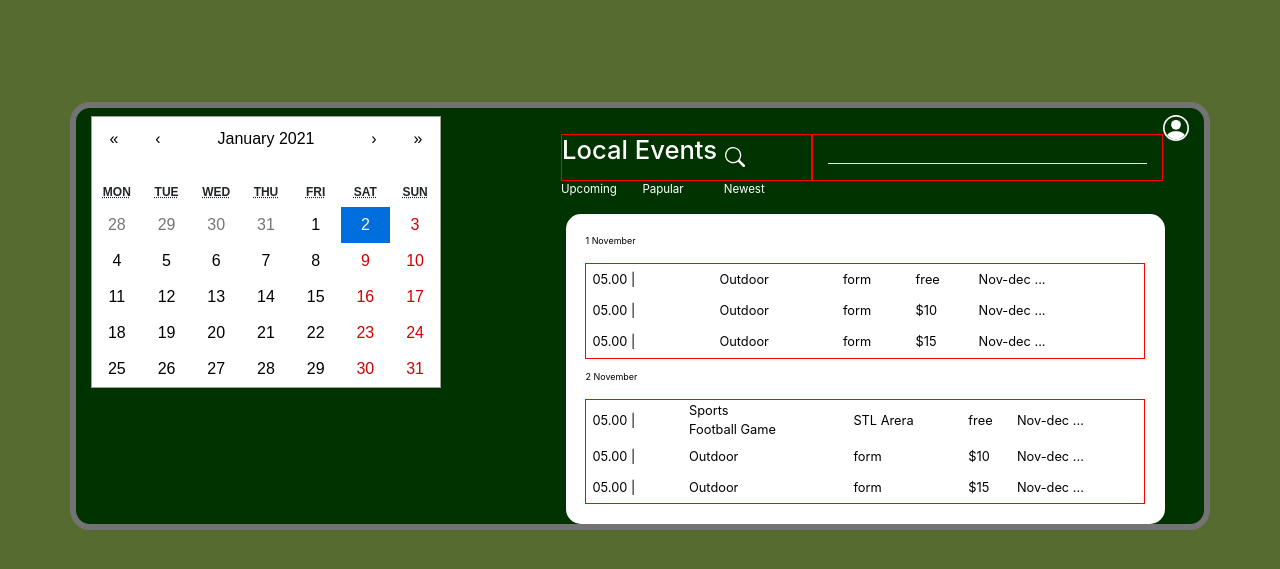
Repository: lalji-yadav/Calendar-code
Page: /
These files come from the project's save history. The page is drawn as it stood at one moment and after the next save; the edit follows.
The browser window is 1280 px wide. The pictures show the whole page.
The project was rebuilt for these pictures with package versions that can differ from the ones it lists, and the page was loaded fresh each time. Also part of the build but not shown: src/App.css.

Above is the page before, as saved 2021-01-04 11:20:41.

### src/App.js
import logo from './logo.svg';
import './App.css';
import MyApp from './calendar/calendar'
import Home from "./calendar/Home";

function App() {
  return (
    <div>
      <header>

        <Home />

      </header>
    </div>
  );
}

export default App;

### src/calendar/calendar.js
import React, { useState } from 'react';
import 'react-calendar/dist/Calendar.css';
import Calendar from 'react-calendar';

function MyApp() {
  const [value, onChange] = useState(new Date());

  return (
    <div>
      <Calendar
        onChange={onChange}
        value={value}
      />
    </div>
  );
}

export default MyApp;

### src/calendar/Home.js
import React from 'react';
import "./Home.css";
import MyApp from "./calendar";

function Home() {

  return (
    <div className="main">
      <div className='container'>
        <div className="row">
          <div className="col-sm-5 calendar">
             <MyApp />
          </div>
          <div className="col-sm-7">

            <div style={{float:"right", paddingTop:"1%"}}>
            <svg xmlns="http://www.w3.org/2000/svg" width="26" height="26" fill="white" class="bi bi-person-circle" viewBox="0 0 16 16">
            <path d="M13.468 12.37C12.758 11.226 11.195 10 8 10s-4.757 1.225-5.468 2.37A6.987 6.987 0 0 0 8 15a6.987 6.987 0 0 0 5.468-2.63z"/>
             <path fill-rule="evenodd" d="M8 9a3 3 0 1 0 0-6 3 3 0 0 0 0 6z"/>
             <path fill-rule="evenodd" d="M8 1a7 7 0 1 0 0 14A7 7 0 0 0 8 1zM0 8a8 8 0 1 1 16 0A8 8 0 0 1 0 8z"/>
            </svg>
            </div>

            <div className="row" style={{paddingTop:"4%"}}>
               <div className="col-sm-5" style={{border:"1px solid red"}}>
                 <div className="row">
                 <h1 style={{color:"white", fontSize:"2vw"}}>Local Events </h1>
               <svg  style={{margin:"5% 0% 0% 3%"}} xmlns="http://www.w3.org/2000/svg" width="20" height="20" fill="white" class="bi bi-search" viewBox="0 0 16 16">
               <path d="M11.742 10.344a6.5 6.5 0 1 0-1.397 1.398h-.001c.03.04.062.078.098.115l3.85 3.85a1 1 0 0 0 1.415-1.414l-3.85-3.85a1.007 1.007 0 0 0-.115-.1zM12 6.5a5.5 5.5 0 1 1-11 0 5.5 5.5 0 0 1 11 0z"/>
               </svg>
                 </div>
               </div>
               <div className="col-sm-7" style={{border:"1px solid red", paddingTop:"3%"}}>
               <hr style={{marginTop:"10px"}} />

               </div>

            </div>

            <div className="row">
          <div className="col-sm-5 row" style={{color:"white", fontSize:"0.9vw"}}>
            <div className="col-sm-4">
             <p>Upcoming</p>
            </div>
            <div className="col-sm-4">
              <p>Papular</p>
            </div>
            <div className="col-sm-4">
              <p>Newest</p>
            </div>

             {/* Carosal design  */}
          </div>

          <div className="tablebox">

            <p style={{fontSize:"0.7vw"}}> 1 November </p>
                <table  style={{width:"100%", fontSize:"1vw", border:"1px solid red"}}>

                    <tbody>
                      <tr>
                        <td style={{padding:"6px"}}>05.00 |</td>
                        <td>Outdoor</td>
                        <td>form</td>
                        <td>free</td>
                        <td>Nov-dec ...</td>
                      </tr>
                      <tr>
                        <td style={{padding:"6px"}}>05.00 |</td>
                        <td>Outdoor</td>
                        <td>form</td>
                        <td>$10</td>
                        <td>Nov-dec ...</td>
                      </tr>
                      <tr>
                        <td style={{padding:"6px"}}>05.00 |</td>
                        <td>Outdoor</td>
                        <td>form</td>
                        <td>$15</td>
                        <td>Nov-dec ...</td>
                      </tr>
                    </tbody>
                  </table>

                  <p style={{paddingTop:"2%", fontSize:"0.7vw"}}> 2 November </p>
                  <table  style={{width:"100%", fontSize:"1vw", border:"1px solid red"}}>

                    <tbody>
                      <tr>
                        <td style={{padding:"6px"}}>05.00 |</td>
                        <td> Sports <br/> Football Game</td>
                        <td>STL Arera</td>
                        <td>free</td>
                        <td>Nov-dec ...</td>
                      </tr>
                      <tr>
                        <td style={{padding:"6px"}}>05.00 |</td>
                        <td>Outdoor</td>
                        <td>form</td>
                        <td>$10</td>
                        <td>Nov-dec ...</td>
                      </tr>
                      <tr>
                        <td style={{padding:"6px"}}>05.00 |</td>
                        <td>Outdoor</td>
                        <td>form</td>
                        <td>$15</td>
                        <td>Nov-dec ...</td>
                      </tr>
                    </tbody>
                  </table>
             </div>

        </div>

          </div>

        </div>

      </div>

    </div>
  );
}
export default Home;

### src/calendar/Home.css
.main {
    width: 100%;
    height: 100%;
    position: absolute;
    /* padding: 10% 5% 10% 5%; */
    background-color: darkolivegreen;
}
.container {
    width: 80%;
    /* height: 70%; */
    margin: 8% 10% 8% 10%;
    background-color: #003300;
    border: 6px solid #737373;
    border-radius: 20px;
}
.calendar {
    /* border: 2px solid red; */
    margin-top: 8px;
}
hr {
    color: white;
    width: 100%;
    margin-top: 5em;
    background-color: white;
}
.tablebox {
    margin: 0% 0% 0% 3%;
    padding: 3%;
    width: 91%;
    border-radius: 15px;
    color: black;
    background-color: white;
}

Loaded but not shown: public/index.html (common file); src/index.js (common file); src/index.css (common file); src/reportWebVitals.js (common file)

After the next save:
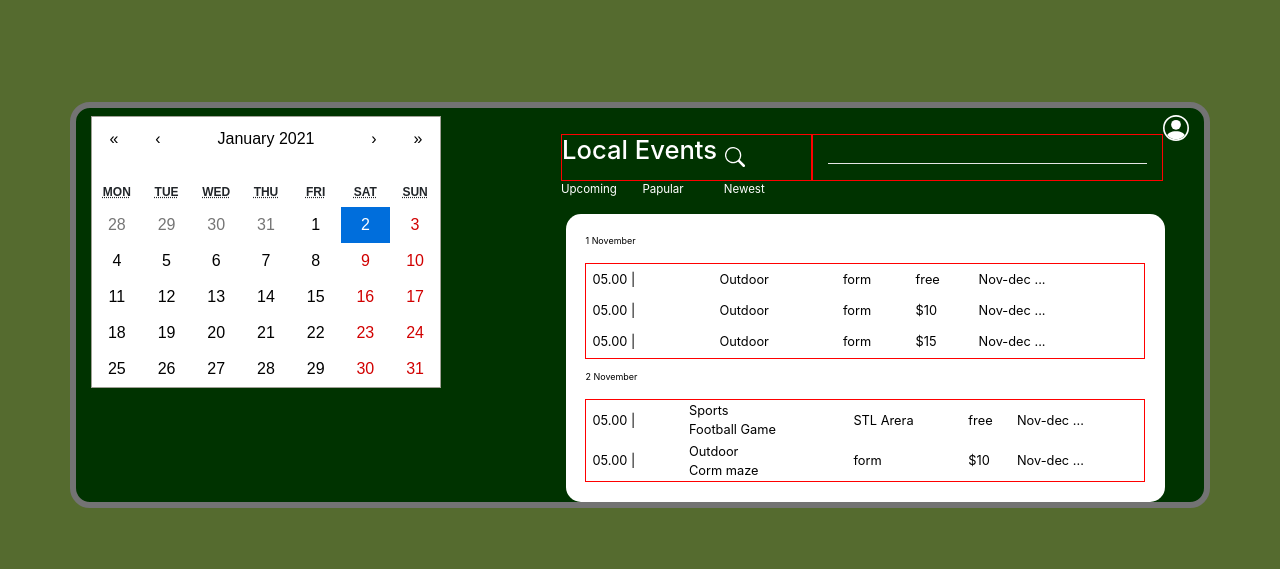
Saved 40 s later.
--- a/src/calendar/Home.js
+++ b/src/calendar/Home.js
@@ -95,18 +95,12 @@ function Home() {
                       </tr>
                       <tr>
                         <td style={{padding:"6px"}}>05.00 |</td>
-                        <td>Outdoor</td>
+                        <td>Outdoor <br/> Corm maze</td>
                         <td>form</td>
                         <td>$10</td>
                         <td>Nov-dec ...</td>
                       </tr>
-                      <tr>
-                        <td style={{padding:"6px"}}>05.00 |</td>
-                        <td>Outdoor</td>
-                        <td>form</td>
-                        <td>$15</td>
-                        <td>Nov-dec ...</td>
-                      </tr>
+
                     </tbody>
                   </table>
              </div>
